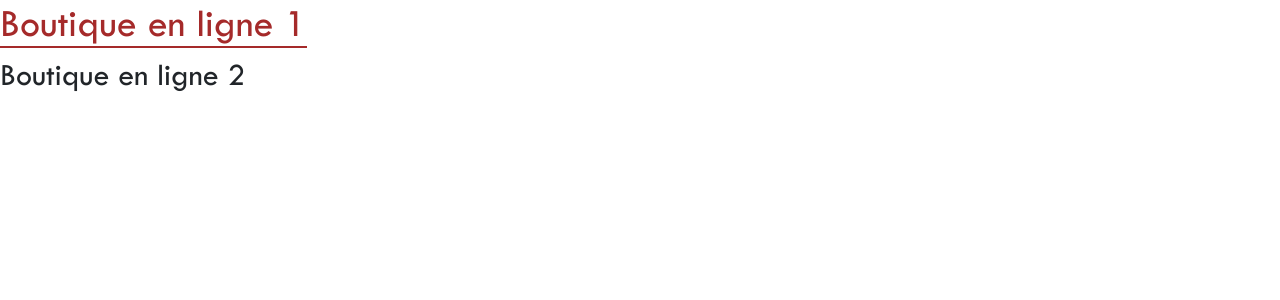
Repository: padevft/e-commerce-php
Page: http://localhost/index.html
An editor plug-in stored every save of this project. The page is shown before and after the next save, followed by the edit.
The browser window is 1280 px wide. The pictures show the whole page.
The page is run by PHP 8.4 with error messages shown; the project is at /var/www/html/.

Above is the page before, as saved 2023-09-17 15:52:31.

### index.html
<!DOCTYPE html>
<html lang="en">
  <head>
    <meta charset="UTF-8" />
    <meta name="viewport" content="width=device-width, initial-scale=1.0" />
    <title>Boutique en ligne</title>

    <link rel="stylesheet" href="client/css/styles.css">
    <link rel="stylesheet" href="client/utilitaires/bootstrap/css/bootstrap.min.css">
    <link rel="stylesheet" href="client/utilitaires/font-awesome-4.7.0/css/font-awesome.min.css">

  </head>
  <body>
    <h1>Boutique en ligne 1</h1>
    <h2>Boutique en ligne 2</h2>



    <script src="client/utilitaires/Jquery/jquery-3.6.0.min.js"></script>
    <script src="client/utilitaires/bootstrap/js/bootstrap.min.js"></script>
  </body>
</html>

### client/css/styles.css
/* var text-decoration */
@font-face {
  font-family: myfont;
  src: url(../utilitaires/fonts/ufonts.com_tw-cen-mt.ttf);
}

* {
  transition: all 0.6s ease;
}

body {
  font-family: myfont !important;
}
h1 {
  display: inline-flex;
  position: relative;
  cursor: pointer;
}

h1:hover {
  color: brown;
}

h1::before {
  content: "";
  position: absolute;
  bottom: 0;
  right: 0;
  width: 100%;
  height: 2.5px;
  background-color: brown;
  transform-origin: left;
  transform: scaleX(0);
  transition: transform 0.4s ease-out;
}

h1:hover::before {
  transform: scaleX(
    1
  );
}
h2 {
  /* display: inline-flex; */
  position: relative;
  cursor: pointer;
}

h2:hover{
  color:#f9bf29;
}
h2::before {
  content: "";
  position: absolute;
  bottom: 0;
  left:0;
  background: #f9bf29;
  height: 2.5px;
  opacity: 1;
  visibility: visible;
  width: 0;
  -webkit-transition: 0.4s all ease-out;
  -o-transition: 0.4s all ease-out;
  transition: 0.4s all ease-out;
}
h2:hover:before {
  width: calc(100% - 0px);
}

Loaded but not shown: client/utilitaires/bootstrap/css/bootstrap.min.css (library); client/utilitaires/font-awesome-4.7.0/css/font-awesome.min.css (library); client/utilitaires/Jquery/jquery-3.6.0.min.js (library); client/utilitaires/bootstrap/js/bootstrap.min.js (library)

After the next save:
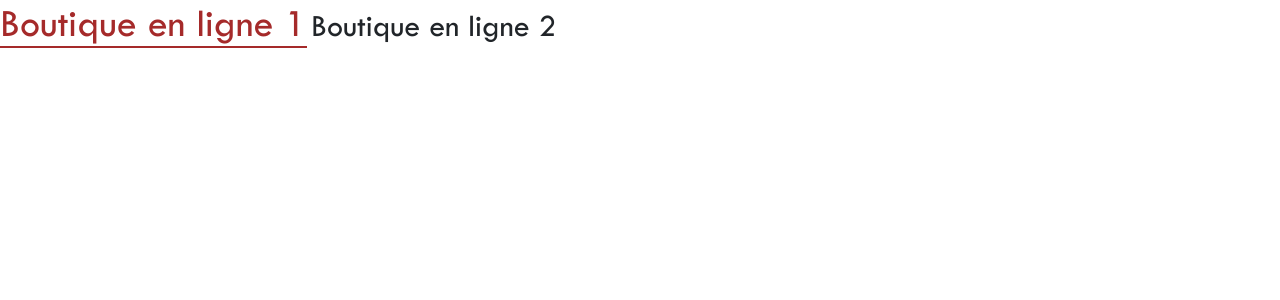
Saved 14 s later.
--- a/client/css/styles.css
+++ b/client/css/styles.css
@@ -40,7 +40,7 @@ h1:hover::before {
   );
 }
 h2 {
-  /* display: inline-flex; */
+  display: inline-flex;
   position: relative;
   cursor: pointer;
 }
